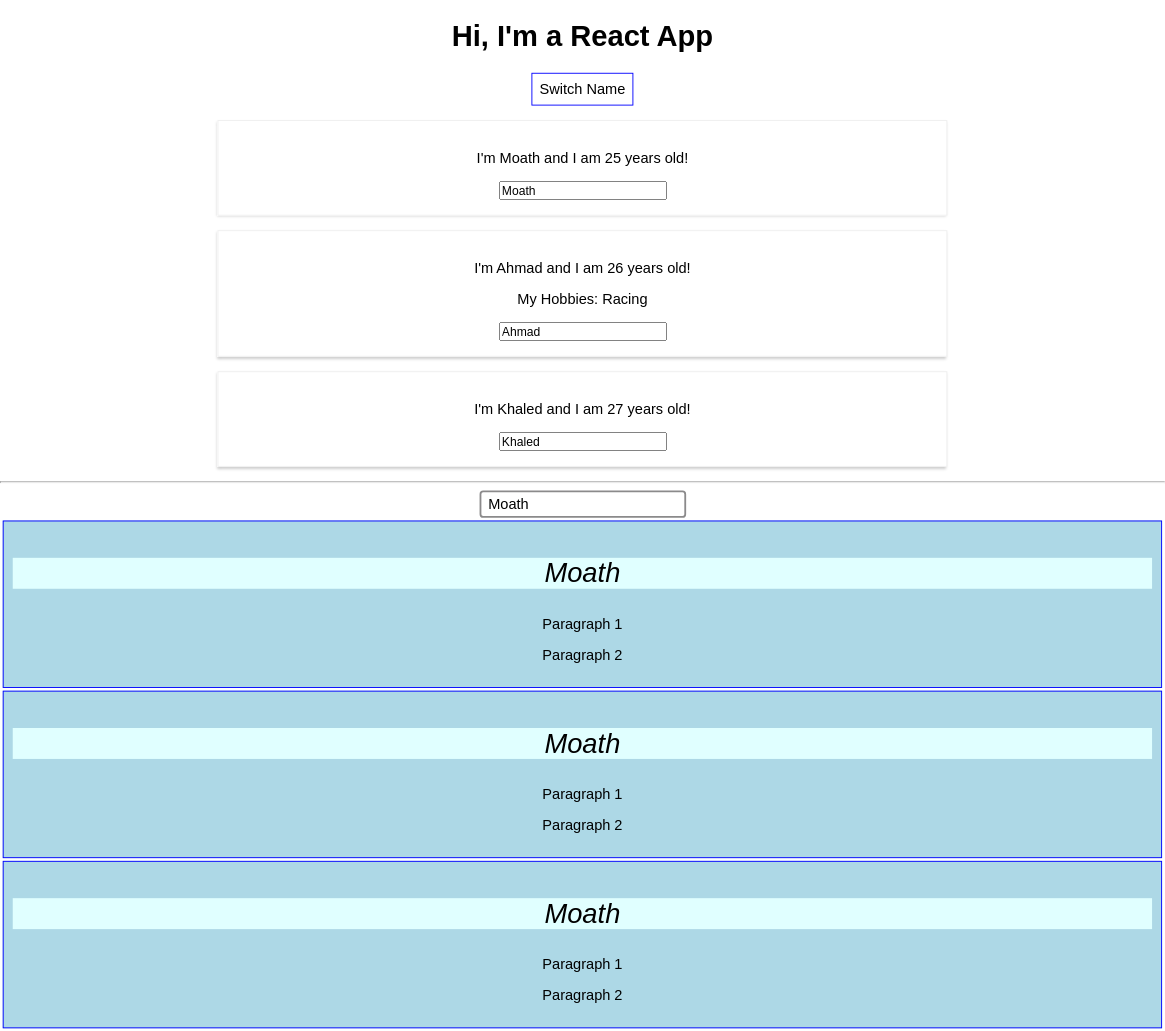
Repository: MuathYHKefayah/React-Basics
Page: /
An editor plug-in stored every save of this project. The page is shown before and after the next save, followed by the edit.
The browser window is 1280 px wide. The pictures show the whole page, at 91% of full size.
The project was rebuilt for these pictures with package versions that can differ from the ones it lists, and the page was loaded fresh each time.

Above is the page before, as saved 2020-12-12 10:34:21.

### src/App.js
import React, { Component } from 'react';
import './App.css';
import Person from './Person/Person';
import UserInput from './UserInput/UserInput';
import UserOutput from './UserOutput/UserOutput';

class App extends Component {
  state = {
     persons: [
       { name:'Moath', age: 25},
       { name:'Ahmad', age: 26},
       { name:'Khaled', age: 27},
     ],
     username: "Moath"
  }

  switchNameHandler  = (newName, newAge) => {
    //Don't Do This: this.state.persons[0].name = "Max";
    this.setState({
      persons: [
        { name:newName, age: 25},
        { name:'Ahmad', age: 26},
        { name:'Khaled', age: newAge},
      ]
    })
  }

  nameChangedHandler = (event) => {
    this.setState({
      persons: [
        { name:'Moath', age: 25},
        { name: event.target.value, age: 26},
        { name:'Khaled', age: 27},
      ]
    })
  }

  usernameChangedHandelr = (event) => {
    this.setState({
      username: event.target.value
    })
  }

  render() {
    const style = {
      backgroundColor: 'white',
      font: 'inherit',
      border: '1px solid blue',
      padding: '8px',
      cursor: 'pointer'
    };

    return (
      // jsx \\ write html code in js file
      <div className="App">
        <h1>Hi, I'm a React App</h1>
        <button
          style={style}
          onClick={() => this.switchNameHandler('Moath!!', 30)}>Switch Name</button>
        <Person name={this.state.persons[0].name} age={this.state.persons[0].age}/>
        <Person
          name={this.state.persons[1].name}
          age={this.state.persons[1].age}
          click={this.switchNameHandler.bind(this, 'Moath!', 40)}
          changed={this.nameChangedHandler}
          >My Hobbies: Racing</Person>
        <Person name={this.state.persons[2].name} age={this.state.persons[2].age}/>
        <hr/>
        <UserInput
          name={this.state.username}
          changed={this.usernameChangedHandelr}/>

        <UserOutput name={this.state.username}/>
        <UserOutput name={this.state.username}/>
        <UserOutput name={this.state.username}/>

      </div>
    );
    //return React.createElement('div', {className: 'App'} , React.createElement('h1', null , 'Hi, I\'m a React App !!!' ))
  }
}

export default App;

### src/Person/Person.js
import React from 'react';
import './Person.css';

const person = (props) => {
    return (
        <div className="Person">
            <p onClick={props.click}>I'm {props.name} and I am {props.age} years old!</p>
            <p>{props.children}</p>
            <input type="text" onChange={props.changed} value={props.name}/>
        </div>
    )
};

export default person;

### src/UserInput/UserInput.js
import React, { Component } from 'react';


class UserInput extends Component{
    render(){
        const style = {
            fontSize: '16px',
            fontFamily: 'inherit',
            padding: '0.25em 0.5em',
            backgroundColor: '#fff',
            border: '2px solid #8b8a8b',
            borderRadius: '4px',
            text_aline: 'center'
        }
        return(
            <div className="UserInput">
                <input
                    style= {style}
                    type="text"
                    onChange={this.props.changed}
                    value={this.props.name}/>
            </div>

        );
    }
}

export default UserInput;

### src/UserOutput/UserOutput.js
import React, { Component } from 'react';
import './UserOutput.css'

class UserOutput extends Component {

    render(){
        const style = {
            backgroundColor: 'lightcyan',
            fontStyle: 'oblique',
            fontSize: '30px'
        };
        return(
            <div className="UserOutput">
                <p style={style}>{this.props.name}</p>
                <p>Paragraph 1</p>
                <p>Paragraph 2</p>
            </div>
        );
    }
}

export default UserOutput;

### src/UserOutput/UserOutput.css
.UserOutput{
    border: 1px solid blue;
    padding: 10px;
    background-color: lightblue;
    margin: 3px;
}

Loaded but not shown: public/index.html (common file); src/index.js (common file); src/index.css (common file); src/registerServiceWorker.js (common file); src/App.css (common file); src/Person/Person.css (common file)

After the next save:
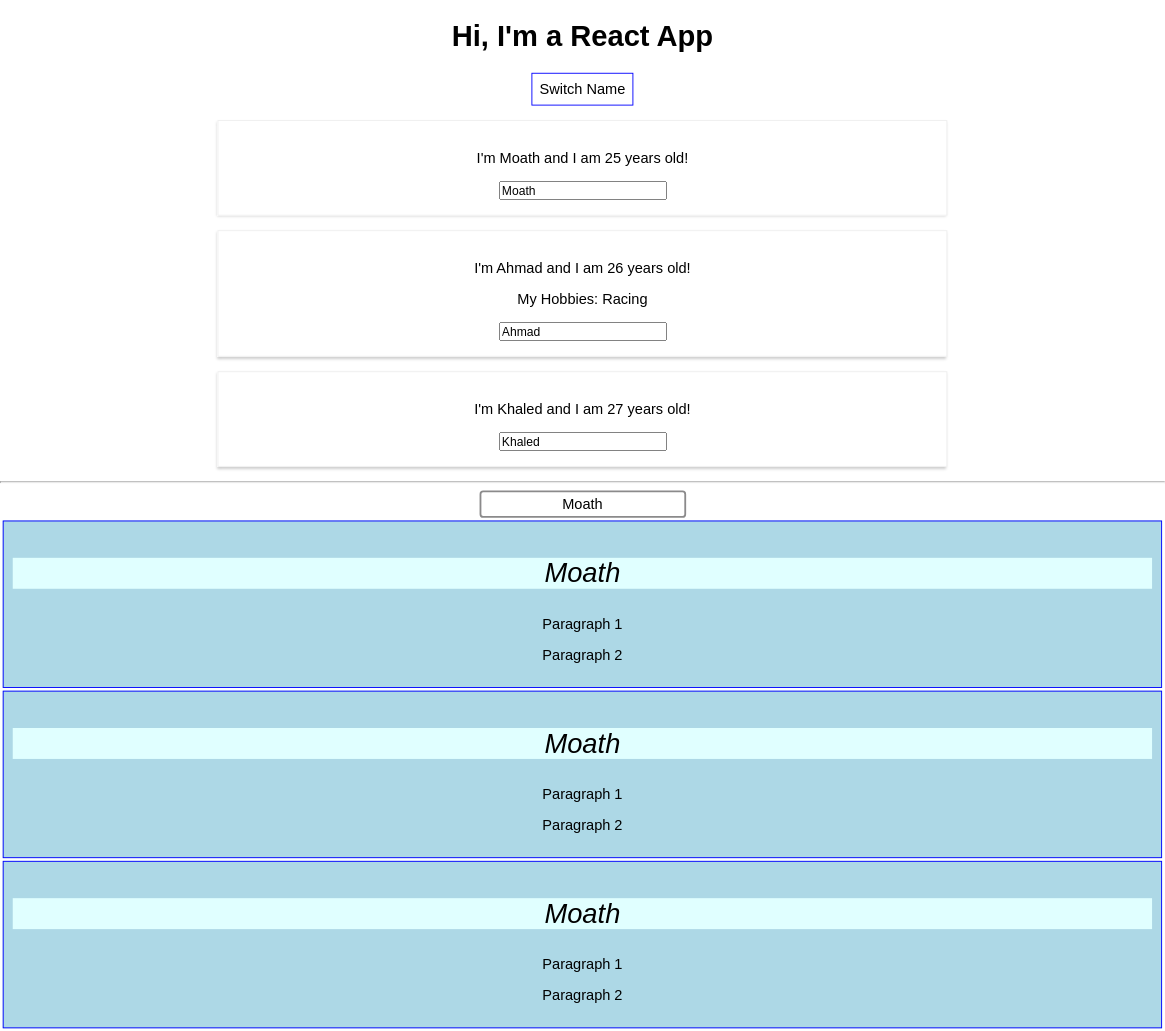
Saved 32 s later.
--- a/src/UserInput/UserInput.js
+++ b/src/UserInput/UserInput.js
@@ -10,7 +10,7 @@
             backgroundColor: '#fff',
             border: '2px solid #8b8a8b',
             borderRadius: '4px',
-            text_aline: 'center'
+            textAlign: 'center'
         }
         return(
             <div className="UserInput">
